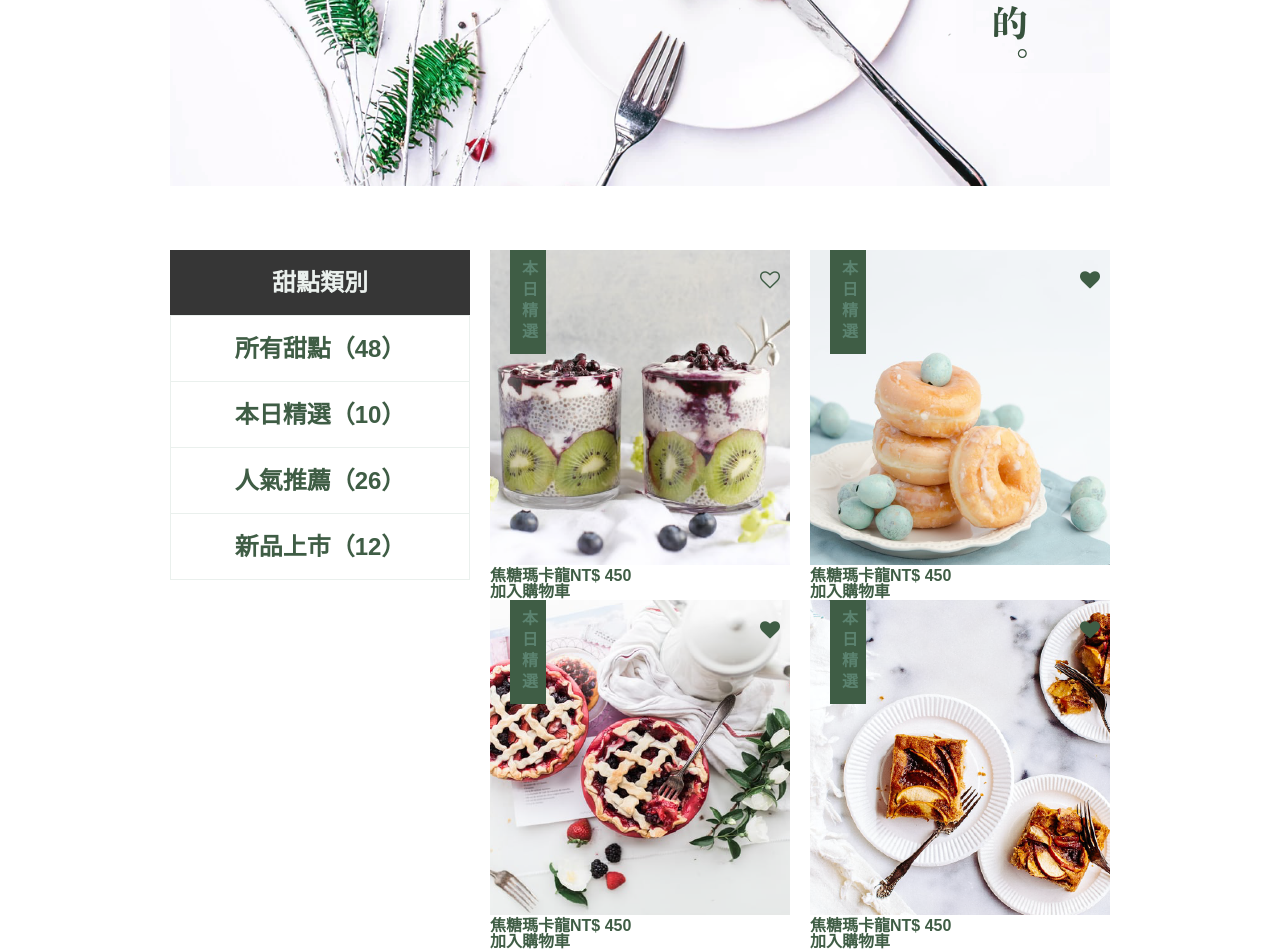
Repository: michelle61219/Sweets
Page: index.html
The author's editor kept a copy of each file at every save. The page is drawn from the files as they stood at one save, then again after the next save.
The browser window is 1280 px wide. The pictures show the part of the page from y = 413 to 1365 px (the page is 1363 px tall before and 1365 px after).

Above is the page before, as saved 2021-06-13 15:37:50.

After the next save:
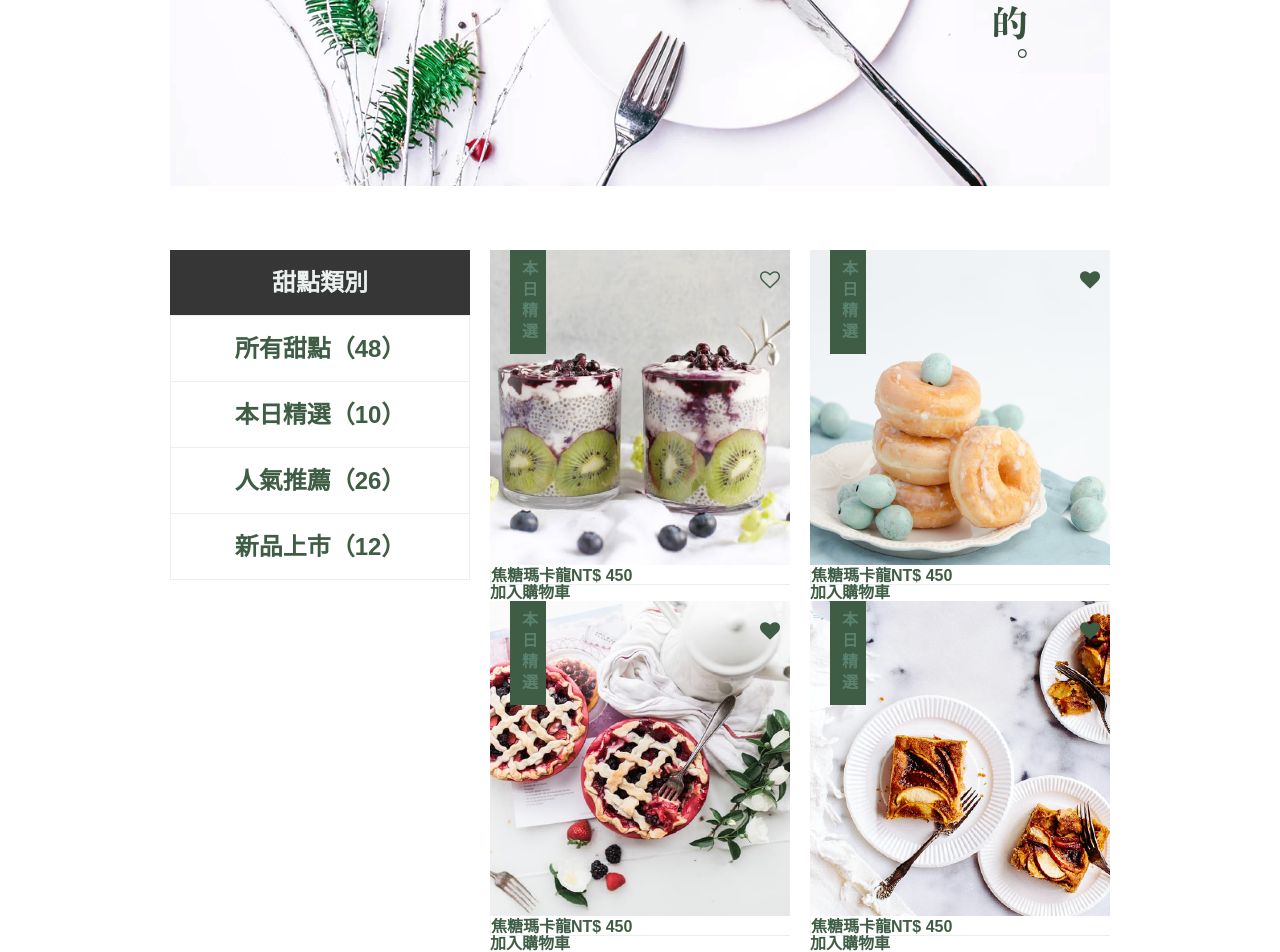
Saved 33 s later.
--- a/style.css
+++ b/style.css
@@ -240,5 +240,6 @@ a {
 }
 .productList-card-body {
 	display: flex;
-	border-bottom: 1px solid ##363636;
-}
+	border-bottom: 1px solid #eaf0ed;
+	border-left: 1px solid #eaf0ed;
+}
